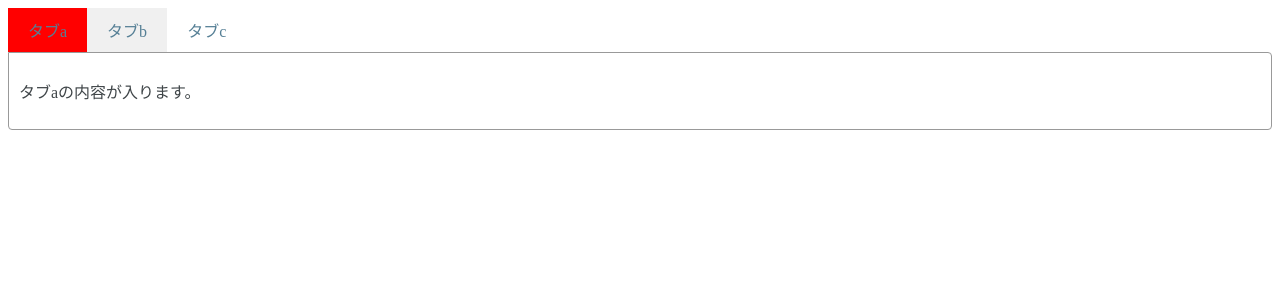
Repository: takahashi19/T2
Page: web-tab/index.html
The author's editor kept a record of every edit. The page is drawn from the files as they stood at one moment, then again after the next edit.
The browser window is 1280 px wide. The pictures show the whole page.
The pointer rests on the first visible `.tabs-menu :not(.active)`.

Above is the page before.

### web-tab/index.html
<!DOCTYPE html>
<html lang="ja">
  <head>
    <meta charset="utf-8">
    <title>JavaScript Test</title>
    <link rel="stylesheet" href="main.css">
    <script src="https://ajax.googleapis.com/ajax/libs/jquery/2.2.4/jquery.min.js"></script>
    <script src="main.js"></script>
  </head>
  <body>
    <div class="tabs-menu">
      <div id="tab-menu-a">タブa</div>
      <div id="tab-menu-b">タブb</div>
      <div id="tab-menu-c">タブc</div>
    </div>
    <div class="tabs-content">
      <div id="tab-menu-a-content">
        <p>タブaの内容が入ります。</p>
      </div>
      <div id="tab-menu-b-content">
        <p>タブbの内容が入ります。</p>
      </div>
      <div id="tab-menu-c-content">
        <p>タブcの内容が入ります。</p>
      </div>
    </div>
  </body>
</html>

### web-tab/main.css
body {
    color: #3F4548;
}


/* ulのデフォルトスタイルを消去 */
.tabs-menu {
    margin: 0;
    padding: 0;
    list-style-type: none;
}

/* タブの基本スタイル
.tabs-menu {
    float: left;
    margin-right: 8px;
    margin-bottom: -1px;
    border-style: solid;
    border-width: 1px;
    border-color: transparent;
    border-radius: 4px 4px 0 0;

    /* 各プロパティをふわっと変える演出
    transition: all .15s;
}*/
.tabs-menu {
	overflow: hidden;
}

/* clearfix */
.tabs-menu:before,
.tabs-menu:after {
    content: "";
    display: table;
}

.tabs-menu:after {
    clear: both;
}

/* For IE 6/7 (trigger hasLayout) */
.tabs-menu {
    zoom: 1;
}


#tab-menu-a{
    float: left;
    display: block;
    padding: 10px 20px;
    color: #557F95;
    text-decoration: none;
}

#tab-menu-b {
    float: left;
    display: block;
    padding: 10px 20px;
    color: #557F95;
    text-decoration: none;
}
#tab-menu-c {
    float: left;
    display: block;
    padding: 10px 20px;
    color: #557F95;
    text-decoration: none;
}

/*.tabs-menuでも良い？*/

/* 非選択のタブにマウスを乗せたら色を変える*/
.tabs-menu :not(.active):hover {
    border-color: #f0f0f0 #f0f0f0 #999;
    background-color: #f0f0f0;
}
/* 選択中のタブ*/
.tabs-menu .active {
    border-color: #999 #999 transparent #999;
    background-color: red;
}
.tabs-menu .active{
    color: #3F4548;
}



/* タブコンテンツ表示エリア */
.tabs-content {
    clear: both;
    border: 1px solid #999;
    border-radius: 0 4px 4px 4px;
    padding: 10px;
}

/* 各タブのコンテンツはデフォルトで非表示 */
#tabs-a {
    display: none;
}
#tabs-b {
    display: none;
}
#tabs-c {
    display: none;
}

### web-tab/main.js
/**
 * $(セレクタ).操作1().操作2();
 * （何を）（どうするか（））
 * $(".item").html("Hello");
 */
function showTab(selector) {
    // .tabs-menu liのうちselectorに該当するものにだけactiveクラスを付ける
    $(".active").removeClass("active");//タブが選択してる状態を排除（解除）
    $("#" + selector).addClass("active");//CSSを追加する

    // .tabs-content > sectionのうちselectorに該当するものだけを表示
    $(".tabs-content > div").hide();
    $("#"+selector+"-content").show();
}

$(document).ready(function() {
    // 初期状態として1番目のタブを表示
    showTab("tab-menu-a");//実際にメニューが選択されたらタブの色を変えて動作も変える（どのタブに対して変更されるか）

    // タブがクリックされたらコンテンツを表示
    $(".tabs-menu div").click(function() {
        // clickされたらhrefの値を受け取ってshowTab()関数に渡す
        var selector = $(this).attr("id");//$(this)はイベントの中で、そのイベントが起こった要素を取得することができます
        showTab(selector);//attr()」は、HTML要素の属性を取得したり設定することができるメソッドになります。attr("id")はid="samu"であれば内容をsamuに変更してだす

        // hrefにページ遷移しない
        return false;
    });
});

After the next edit:
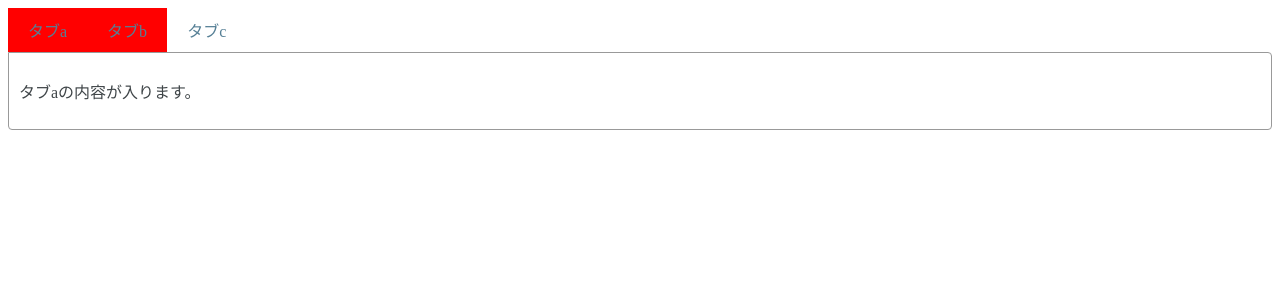
The edit:
--- a/web-tab/main.css
+++ b/web-tab/main.css
@@ -72,7 +72,7 @@
 /* 非選択のタブにマウスを乗せたら色を変える*/
 .tabs-menu :not(.active):hover {
     border-color: #f0f0f0 #f0f0f0 #999;
-    background-color: #f0f0f0;
+    background-color: red;
 }
 /* 選択中のタブ*/
 .tabs-menu .active {
